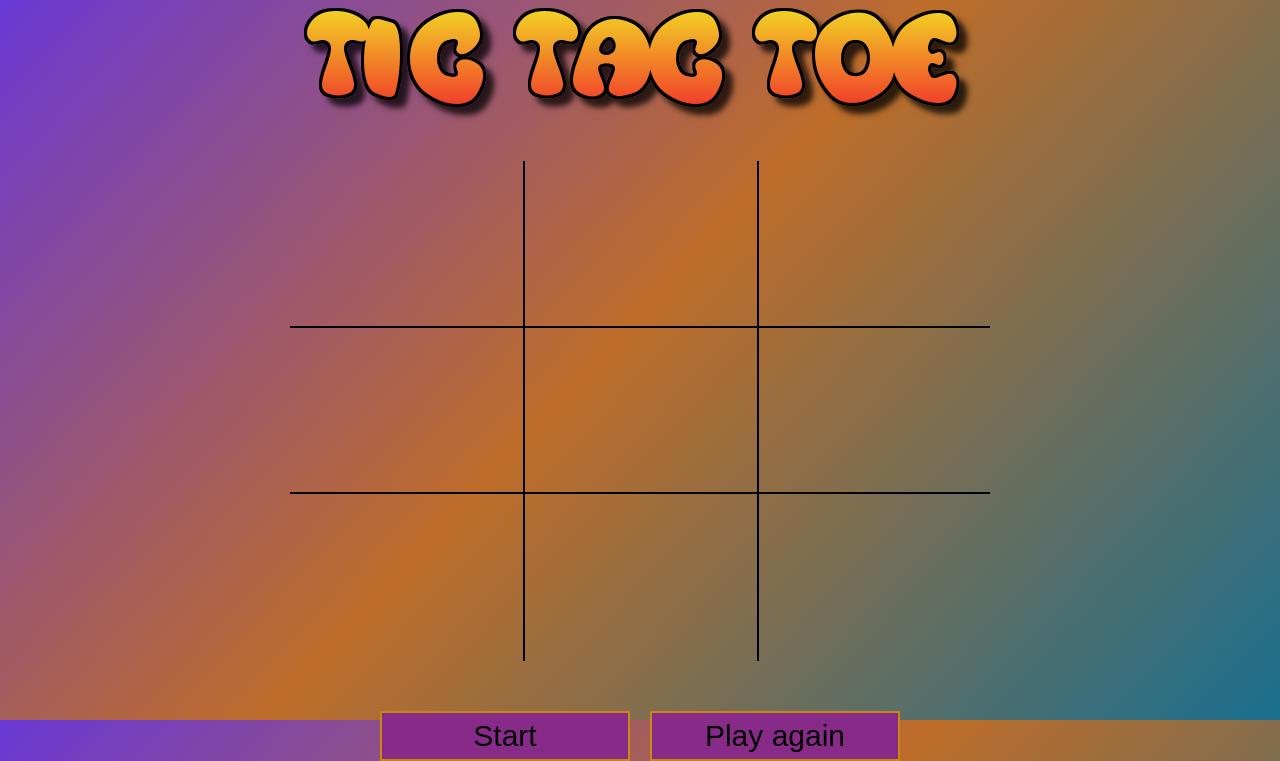
Repository: malx9/Project--5---Tic-Tac-Toe-with-AI
Page: index.html
An editor plug-in stored every save of this project. The page is shown before and after a run of saves, followed by the edit.
The browser window is 1280 px wide. The pictures show the whole page.

Above is the page before, as saved 2023-12-25 17:37:55.

After the next 5 saves:
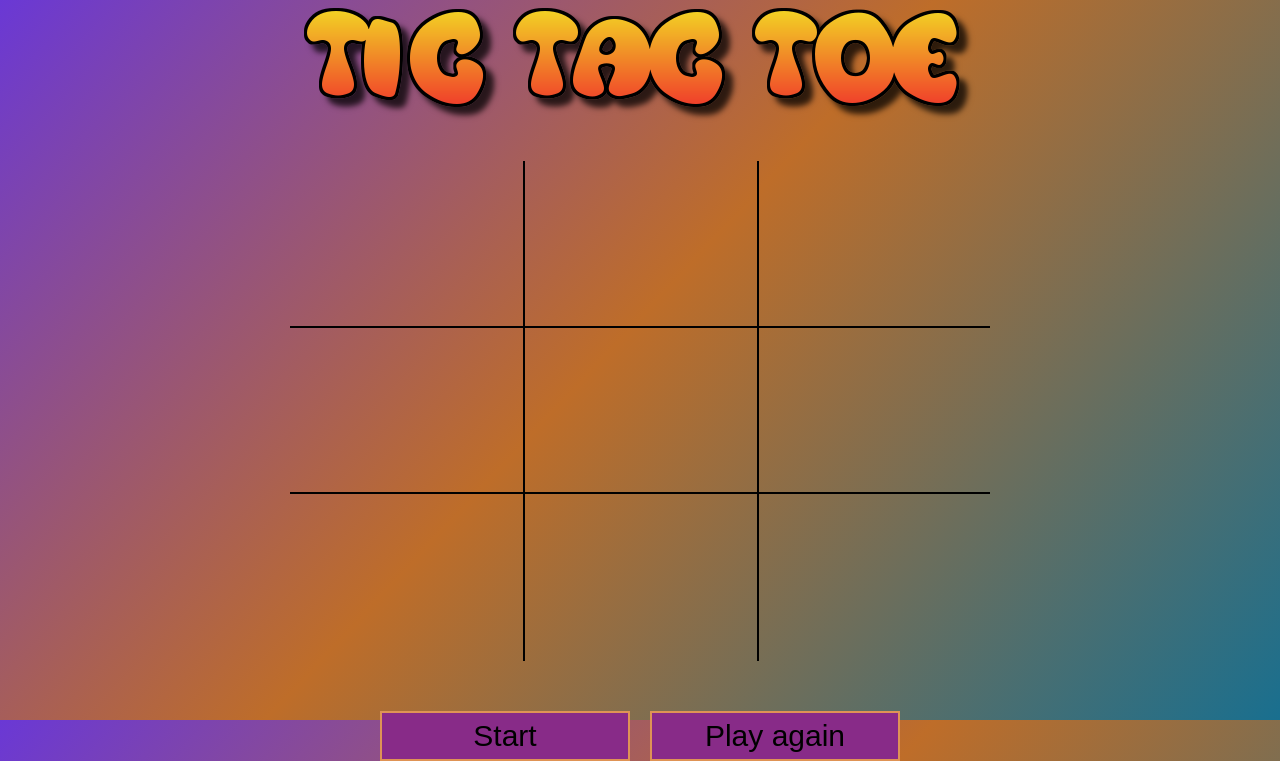
The 5 saves are shown as one change because they came seconds apart.
The last was saved 13 s later.
--- a/styles.css
+++ b/styles.css
@@ -62,6 +62,6 @@ body {
   height: 50px;
   background-color: rgb(136, 43, 136);
   border-style: solid;
-  border-color: rgb(201, 136, 17);
+  border-color: rgb(223, 147, 85);
   font-size: 30px;
 }
